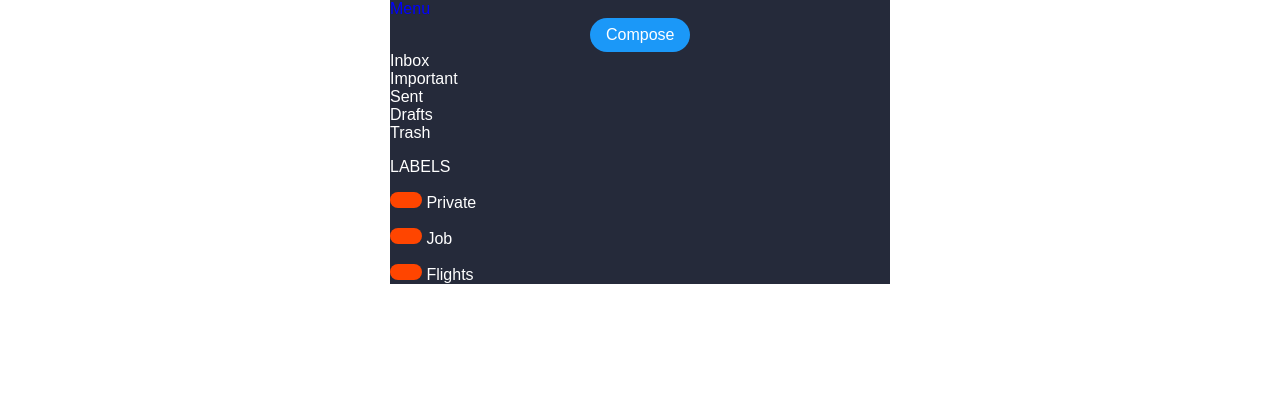
Repository: Gumiin/studia
Page: lesson4/index.html
The author's editor kept a copy of each file at every save. The page is drawn from the files as they stood at one save, then again after the next save.
The browser window is 1280 px wide. The pictures show the whole page.

Above is the page before, as saved 2021-04-07 18:11:39.

### lesson4/index.html
<!DOCTYPE html>
<html lang="en">
<head>
    <meta charset="UTF-8">
    <meta http-equiv="X-UA-Compatible" content="IE=edge">
    <meta name="viewport" content="width=device-width, initial-scale=1.0">
    <title>Mail mobile part</title>
    <link rel="stylesheet" href="style.css">
</head>
<body>
    <div id="menus">
        <p style="border: 0px;margin: 0px; color: blue;">Menu</p>
        <a href=""><div id="compose">Compose</div></a>
        <nav>
            <a href=""><div class="menu">Inbox</div></a>
            <a href=""><div class="menu">Important</div></a>
            <a href=""><div class="menu">Sent</div></a>
            <a href=""><div class="menu">Drafts</div></a>
            <a href=""><div class="menu">Trash</div></a>
        </nav>
        <p>LABELS</p>
        <div id="labels">
            <p>
                <div class="label"></div>
            Private
            </p>
            <p>
                <div class="label"></div>
            Job
            </p>
            <p>
                <div class="label"></div>
            Flights
            </p>
        </div>
    </div>
    <div id="mails">
        <div class="mail"></div>
        <div class="mail"></div>
        <div class="mail"></div>
        <div class="mail"></div>
        <div class="mail"></div>
    </div>
    <div id="messenge">

    </div>
</body>
</html>

### lesson4/style.css
body{
    margin: 0px;
    border: 0px;
    max-width: 500px;
    height:100%;
    margin:auto;
    font-family: Arial, sans-serif;
    color: white;
}
#menus{
    background-color: #252a3a;
    font-size: 16px;
}
#menus a{
    text-decoration: none;
    color: white;
}

#compose{
    background-color: #1B98F8;
    border: none;
    color: white;
    padding: 20px;
    text-align: center;
    text-decoration: none;
    display: inline-block;
    font-size: 16px;
    padding: 8px 16px;
    margin-left: 40%;
    border-radius: 20px;
}
.label{
    background-color: orangered;
    border: none;
    color: white;
    padding: 20px;
    text-align: center;
    text-decoration: none;
    display: inline-block;
    font-size: 16px;
    padding: 8px 16px;
    border-radius: 20px;
}

After the next save:
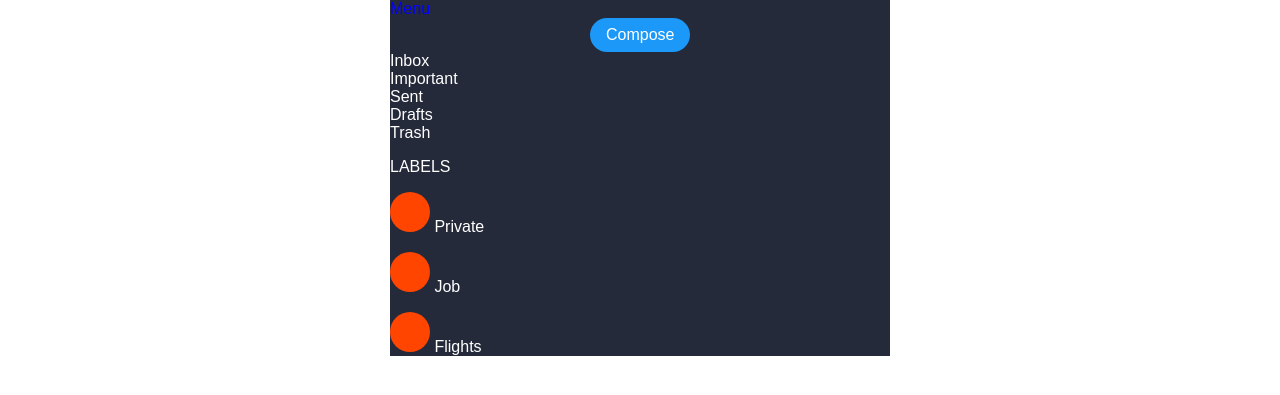
Saved 6 s later.
--- a/lesson4/style.css
+++ b/lesson4/style.css
@@ -38,6 +38,5 @@
     text-decoration: none;
     display: inline-block;
     font-size: 16px;
-    padding: 8px 16px;
     border-radius: 20px;
 }

After the save that followed:
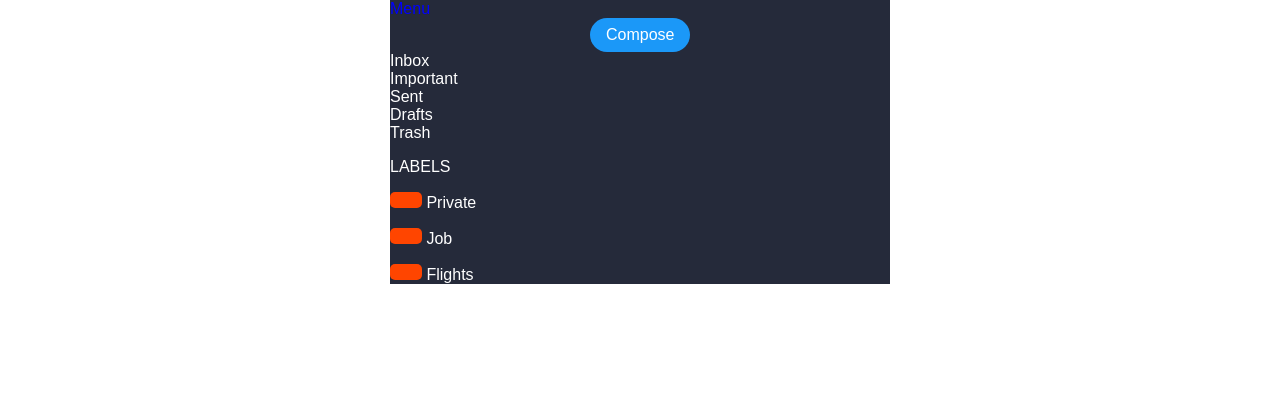
Saved 13 s later.
--- a/lesson4/style.css
+++ b/lesson4/style.css
@@ -37,6 +37,6 @@
     text-align: center;
     text-decoration: none;
     display: inline-block;
-    font-size: 16px;
-    border-radius: 20px;
+    padding: 8px 16px;
+    border-radius: 5px;
 }
